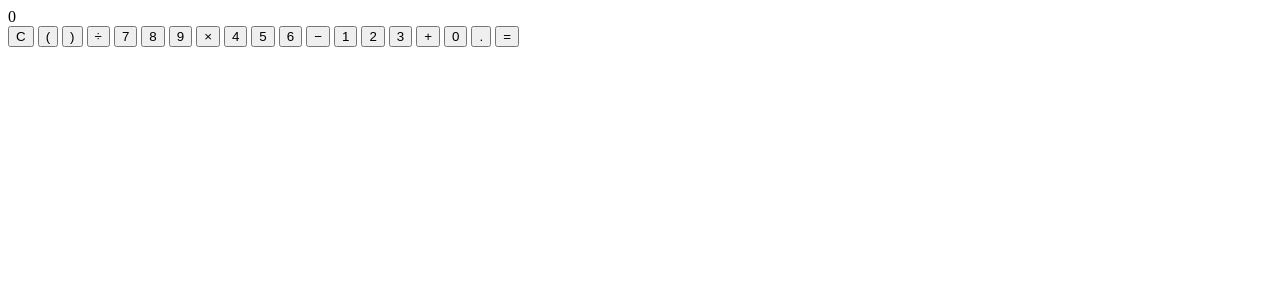
Repository: ShagunTomar2024/Frontend
Page: html/assignments/assignment2/index.html
The author's editor kept a copy of each file at every save. The page is drawn from the files as they stood at one save, then again after the next save.
The browser window is 1280 px wide. The pictures show the whole page.

Above is the page before, as saved 2025-09-10 11:25:06.

After the next save:
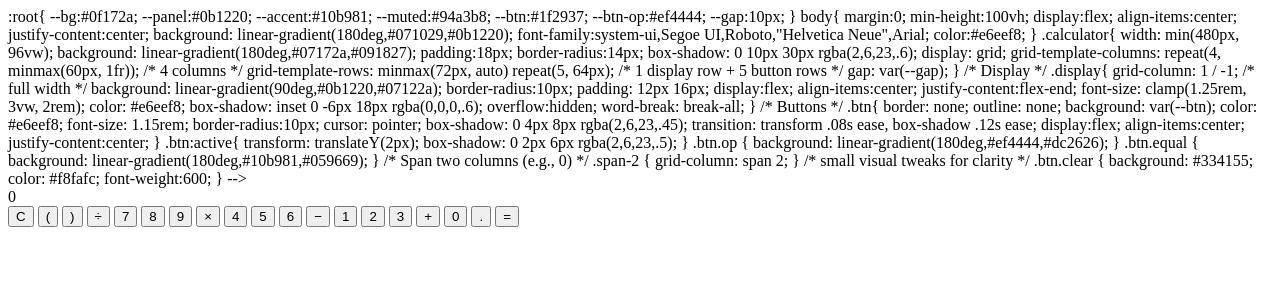
Saved 84 s later.
--- a/html/assignments/assignment2/index.html
+++ b/html/assignments/assignment2/index.html
@@ -4,7 +4,7 @@
 <meta charset="utf-8" />
 <meta name="viewport" content="width=device-width,initial-scale=1" />
 <title>Grid Calculator UI (Demo)</title>
-<!-- <style>
+<!-- <!-- <style> -->
   :root{
     --bg:#0f172a; --panel:#0b1220; --accent:#10b981; --muted:#94a3b8;
     --btn:#1f2937; --btn-op:#ef4444; --gap:10px;
